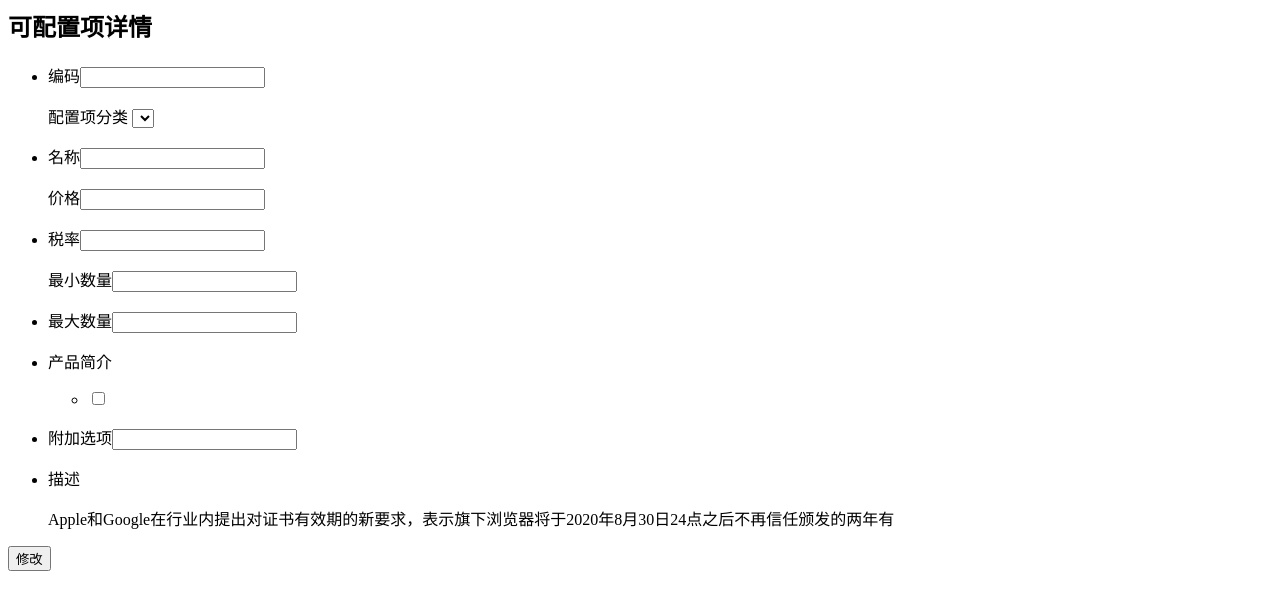
Repository: wangyan466393/racentSystem
Page: configurableDetail.html
These files come from the project's save history. The page is drawn as it stood at one moment and after the next save; the edit follows.
The browser window is 1280 px wide. The pictures show the whole page.

Above is the page before, as saved 2020-08-12 14:58:38.

### configurableDetail.html
<div id="content_box">
    <h2>可配置项详情</h2>
<div class="config_box">
    <div class="config_content">
        <ul>
            <li>

                <p>
                    <span>编码</span><input type="text" class="config_inp">
                </p>
                <p>
                    <span>配置项分类</span>
                    <select name="" id="" class="config_inp">
                        <option value=""></option>
                    </select>
                </p>
            </li>
            <li>

                <p>
                    <span>名称</span><input type="text" class="config_inp">
                </p>
                <p>
                    <span>价格</span><input type="number" class="config_inp">
                </p>
            </li>
            <li>

                <p>
                    <span>税率</span><input type="number" class="config_inp">
                </p>
                <p>
                    <span>最小数量</span><input type="number" class="config_inp">
                </p>
            </li>
            <li>

                <p>
                    <span>最大数量</span><input type="number" class="config_inp">
                </p>
            </li>
            <li>
               <p> <span>产品简介</span></p>
                <ul class="intro">
                    <li>
                        <input type="checkbox">
                    </li>
                </ul>
            </li>
            <li>
                <p>
                    <span>附加选项</span><input type="text" class="config_inp">
                </p>

            </li>
            <li>
               <p> <span>描述</span></p>
                <div class="e_content" style="width: 100%;">
                    <p>
                        Apple和Google在行业内提出对证书有效期的新要求，表示旗下浏览器将于2020年8月30日24点之后不再信任颁发的两年有
                    </p>
                </div>
            </li>

        </ul>
    </div>
</div>
</div>
<div class="email_back_btn">
    <button type="button">修改</button>
</div>

After the next save:
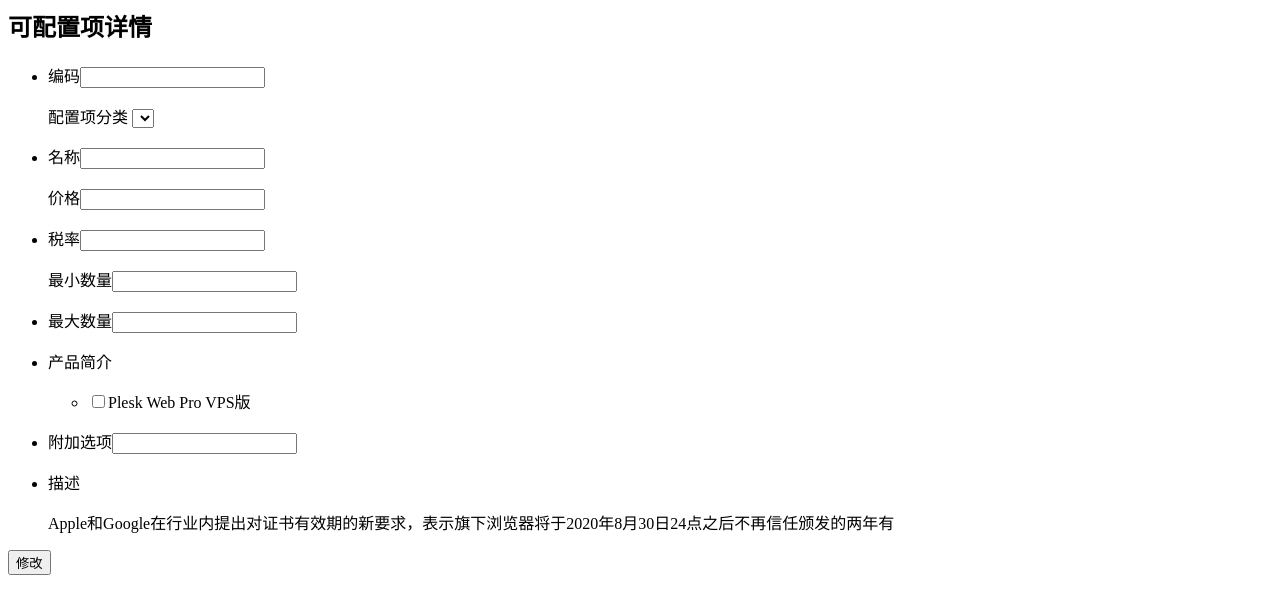
Saved 32 s later.
--- a/configurableDetail.html
+++ b/configurableDetail.html
@@ -43,7 +43,7 @@
                <p> <span>产品简介</span></p>
                 <ul class="intro">
                     <li>
-                        <input type="checkbox">
+                        <label for=""><input type="checkbox">Plesk Web Pro VPS版</label>
                     </li>
                 </ul>
             </li>
